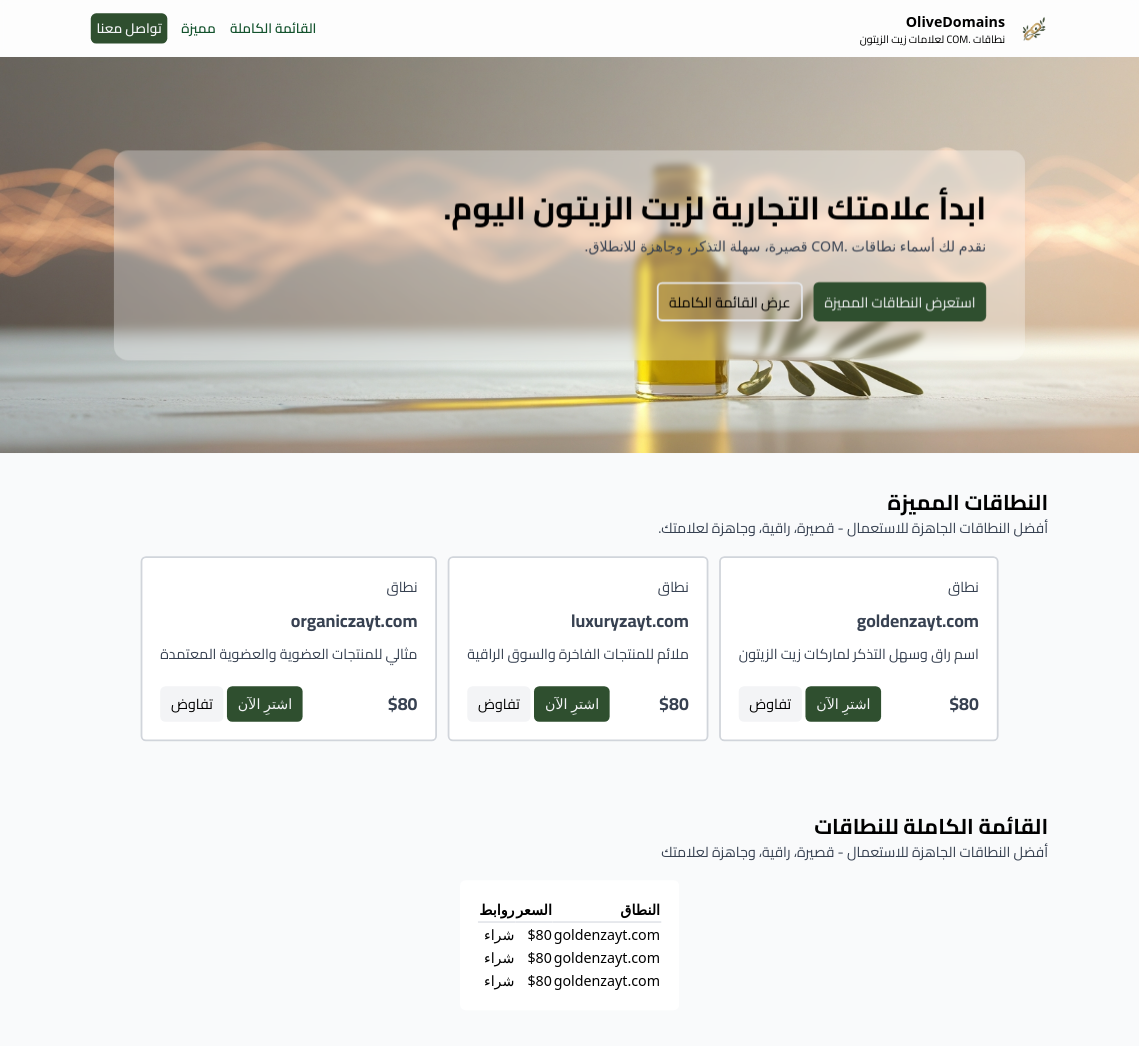
Repository: zakaria-bn05/Olive-oil-domaine-names-english-version
Page: index.html
These files come from the project's save history. The page is drawn as it stood at one moment and after the next save; the edit follows.
The browser window is 1280 px wide. The pictures show the whole page, at 89% of full size.
Some web libraries are served in a nearby version.

Above is the page before, as saved 2025-11-17 10:58:43.

### index.html
<!DOCTYPE html>
<html lang="ar" dir="rtl">

<head>
    <meta charset="UTF-8">
    <meta name="viewport" content="width=device-width, initial-scale=1.0">
    <script src="https://cdn.tailwindcss.com"></script>
    <link href="https://fonts.googleapis.com/css2?family=Cairo:wght@300;400;600;700;800&display=swap" rel="stylesheet">
    <title>Document</title>
    <style>
        .font-cairo {
            font-family: 'Cairo', system-ui, -apple-system, 'Segoe UI', Roboto, sans-serif;
        }

        .nav-link {
            font-size: 0.95rem;
            font-weight: 600;
        }

        .nav-link:hover {
            opacity: 0.92;
        }

        .bg-olive-btn {
            background-color: #2f4f2f;
        }

        .bg-olive-btn:hover {
            filter: contrast(80%);
        }

        .header {
            height: 445px;
            background-image: url('assets/header-picture.jpg');
            background-size: cover;
            background-position: center;
        }
    </style>
</head>

<body class="min-h-screen flex flex-col">
    <main class="font-Cairo w-full flex-1 flex flex-col bg-gray-50 text-gold-dark ">
        <nav
            class="sticky top-0 z-30 bg-white/60 backdrop-blur-sm flex w-full h-16 px-[8%] items-center justify-between gap-1">


            <div class="flex-1 flex justify-start items-center gap-[2%]">
                <img src="assets/logo.png" class=" w-8 " href="#" alt="Website Logo">
                <div>
                    <p class="text-right font-bold">OliveDomains</p>
                    <p class="text-xs font-cairo">نطاقات .COM لعلامات زيت الزيتون</p>
                </div>
            </div>
            <div class="flex items-center gap-4">
                <a href="" class="text-green-900 nav-link font-cairo">القائمة الكاملة</a>
                <a href="" class="text-green-900 nav-link font-cairo">مميزة</a>
                <a href="" class="bg-olive-btn rounded-md p-[6px] text-gray-100 nav-link font-cairo">تواصل معنا</a>
            </div>
        </nav>
        <header class="header flex items-center justify-center z-10 relative ">
            <div class="bg-white rounded-2xl backdrop-blur-sm bg-opacity-30 w-4/5 p-11 flex flex-col gap-3 ">
                <h1 class="font-cairo text-4xl font-bold text-right "> ابدأ علامتك التجارية لزيت الزيتون اليوم.</h1>
                <p class="text-gray-700 text-right text-ms ">
                    نقدم لك أسماء نطاقات .COM قصيرة، سهلة التذكر، وجاهزة للانطلاق.
                </p>
                <div class="flex md:flex-row flex-col gap-3 mt-4 ">
                    <button class="font-cairo bg-olive-btn px-3 py-2 text-gray-100 rounded-md">استعرض النطاقات
                        المميزة</button>
                    <button class="font-cairo px-3 py-2 rounded-md border-2">عرض القائمة
                        الكاملة</button>
                </div>
            </div>
        </header>
        <article class="px-[8%] py-10 margin-10">
            <h1 class="font-cairo text-2xl font-bold">النطاقات المميزة</h1>
            <p class="font-cairo text-xm text-gray-700 ">أفضل النطاقات الجاهزة للاستعمال - قصيرة، راقية، وجاهزة لعلامتك.
            </p>
            <div class="flex gap-3 flex-wrap justify-center">
                <div class="bg-white border-2 border-gray-300 rounded-md p-5 mt-5 w-100 flex flex-col gap-3 ">
                    <p class=" font-cairo text-xm text-gray-700 ">نطاق
                    </p>
                    <p class=" font-cairo text-xl text-gray-700 font-bold ">goldenzayt.com
                    </p>
                    <p class=" font-cairo text-xm text-gray-700 ">اسم راق وسهل التذكر لماركات زيت الزيتون
                    </p>
                    <div class="flex items-center mt-auto w-full justify-between">

                        <p class=" font-cairo text-xl text-gray-700 font-bold mt-3 ">$80</p>
                        <div class="justify-end">
                            <button class="bg-olive-btn px-3 py-2 text-gray-100 rounded-md mt-3">اشترِ الآن
                            </button>
                            <button class="font-cairo bg-olive-btn px-3 py-2 bg-gray-100 rounded-md mt-3"> تفاوض
                            </button>
                        </div>

                    </div>
                </div>
                <div class="bg-white border-2 border-gray-300 rounded-md p-5 w-100 mt-5 flex flex-col gap-3 ">
                    <p class=" font-cairo text-xm text-gray-700 ">نطاق
                    </p>
                    <p class=" font-cairo text-xl text-gray-700 font-bold ">luxuryzayt.com
                    </p>
                    <p class=" font-cairo text-xm text-gray-700 ">ملائم للمنتجات الفاخرة والسوق الراقية
                    </p>
                    <div class="flex items-center mt-auto w-full justify-between">

                        <p class=" font-cairo text-xl text-gray-700 font-bold mt-3 ">$80</p>
                        <div class="justify-end">
                            <button class="bg-olive-btn px-3 py-2 text-gray-100 rounded-md mt-3">اشترِ الآن
                            </button>
                            <button class="font-cairo bg-olive-btn px-3 py-2 bg-gray-100 rounded-md mt-3"> تفاوض
                            </button>
                        </div>

                    </div>
                </div>
                <div class="bg-white border-2 border-gray-300 rounded-md p-5 mt-5 w-100 flex flex-col gap-3 ">
                    <p class=" font-cairo text-xm text-gray-700 ">نطاق
                    </p>
                    <p class=" font-cairo text-xl text-gray-700 font-bold ">organiczayt.com
                    </p>
                    <p class=" font-cairo text-xm text-gray-700 ">مثالي للمنتجات العضوية والعضوية المعتمدة
                    </p>
                    <div class="flex items-center w-full justify-between">

                        <p class=" font-cairo text-xl text-gray-700 font-bold mt-3 ">$80</p>
                        <div class="justify-end mt-auto">
                            <button class="bg-olive-btn px-3 py-2 text-gray-100 rounded-md mt-3">اشترِ الآن
                            </button>
                            <button class="font-cairo bg-olive-btn px-3 py-2 bg-gray-100 rounded-md mt-3"> تفاوض
                            </button>
                        </div>

                    </div>
                </div>
        </article>
        <article class="px-[8%] py-10 margin-10">
            <h1 class="font-cairo text-2xl font-bold"> القائمة الكاملة للنطاقات</h1>
            <p class="font-cairo text-xm text-gray-700 ">أفضل النطاقات الجاهزة للاستعمال - قصيرة، راقية، وجاهزة لعلامتك
            </p>
            <div class="flex justify-center w-full">
                <table class="flex gap-3w-5/6 text-right mt-5 bg-white p-5 rounded-md">
                    <tr class="border-b-2 p-5">
                        <th>النطاق</th>
                        <th>السعر</th>
                        <th>روابط</th>
                    </tr>
                    <tr>
                        <td>goldenzayt.com</td>
                        <td>$80</td>
                        <td><a href=""> شراء</a></td>
                    </tr>
                    <tr>
                        <td>goldenzayt.com</td>
                        <td>$80</td>
                        <td><a href=""> شراء</a></td>
                    </tr>
                    <tr>
                        <td>goldenzayt.com</td>
                        <td>$80</td>
                        <td><a href=""> شراء</a></td>
                    </tr>
                </table>
            </div>

        </article>
    </main>
</body>

</html>

After the next save:
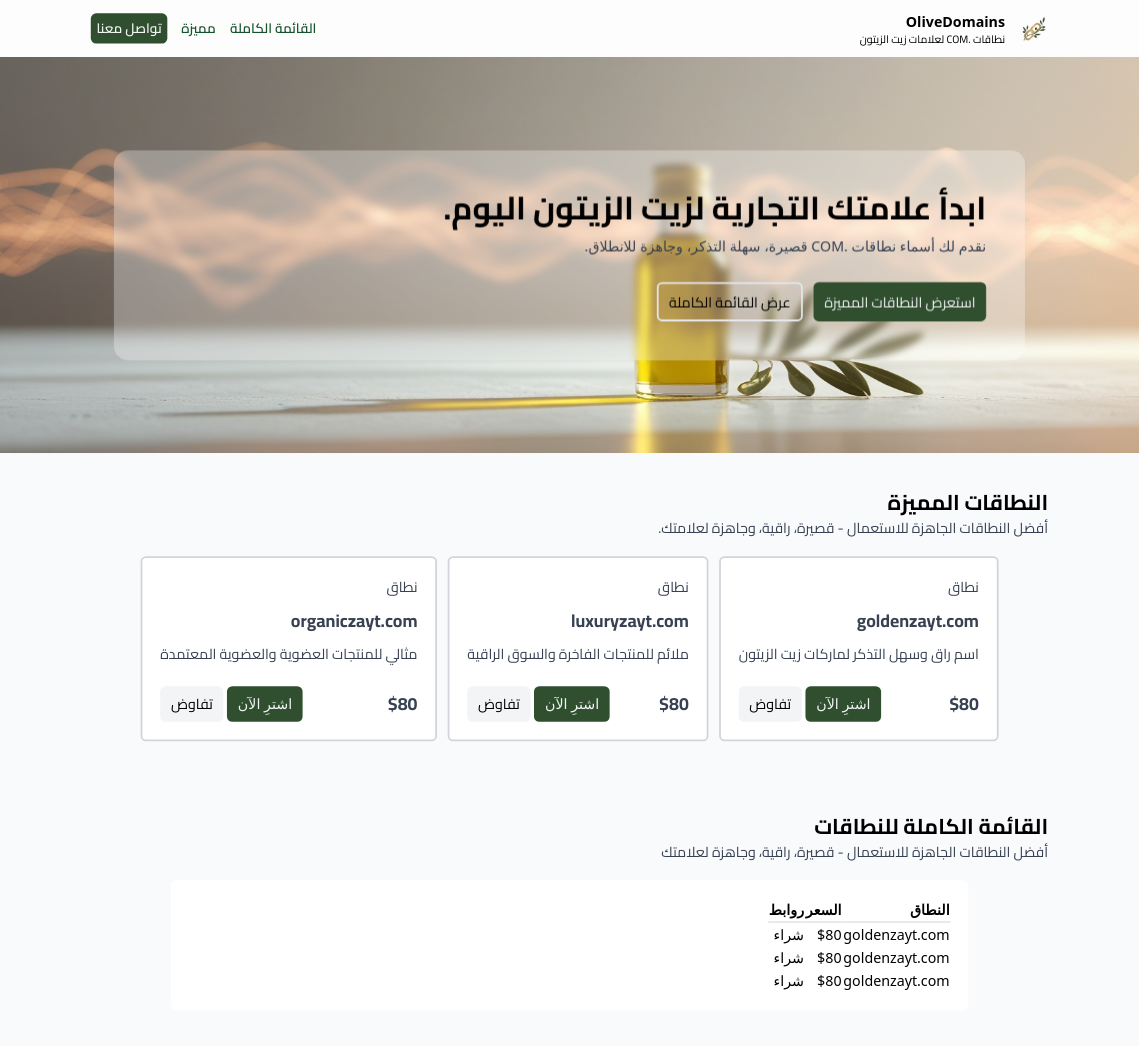
Saved 7 s later.
--- a/index.html
+++ b/index.html
@@ -139,7 +139,7 @@
             <p class="font-cairo text-xm text-gray-700 ">أفضل النطاقات الجاهزة للاستعمال - قصيرة، راقية، وجاهزة لعلامتك
             </p>
             <div class="flex justify-center w-full">
-                <table class="flex gap-3w-5/6 text-right mt-5 bg-white p-5 rounded-md">
+                <table class="flex gap-3 w-5/6 text-right mt-5 bg-white p-5 rounded-md">
                     <tr class="border-b-2 p-5">
                         <th>النطاق</th>
                         <th>السعر</th>
